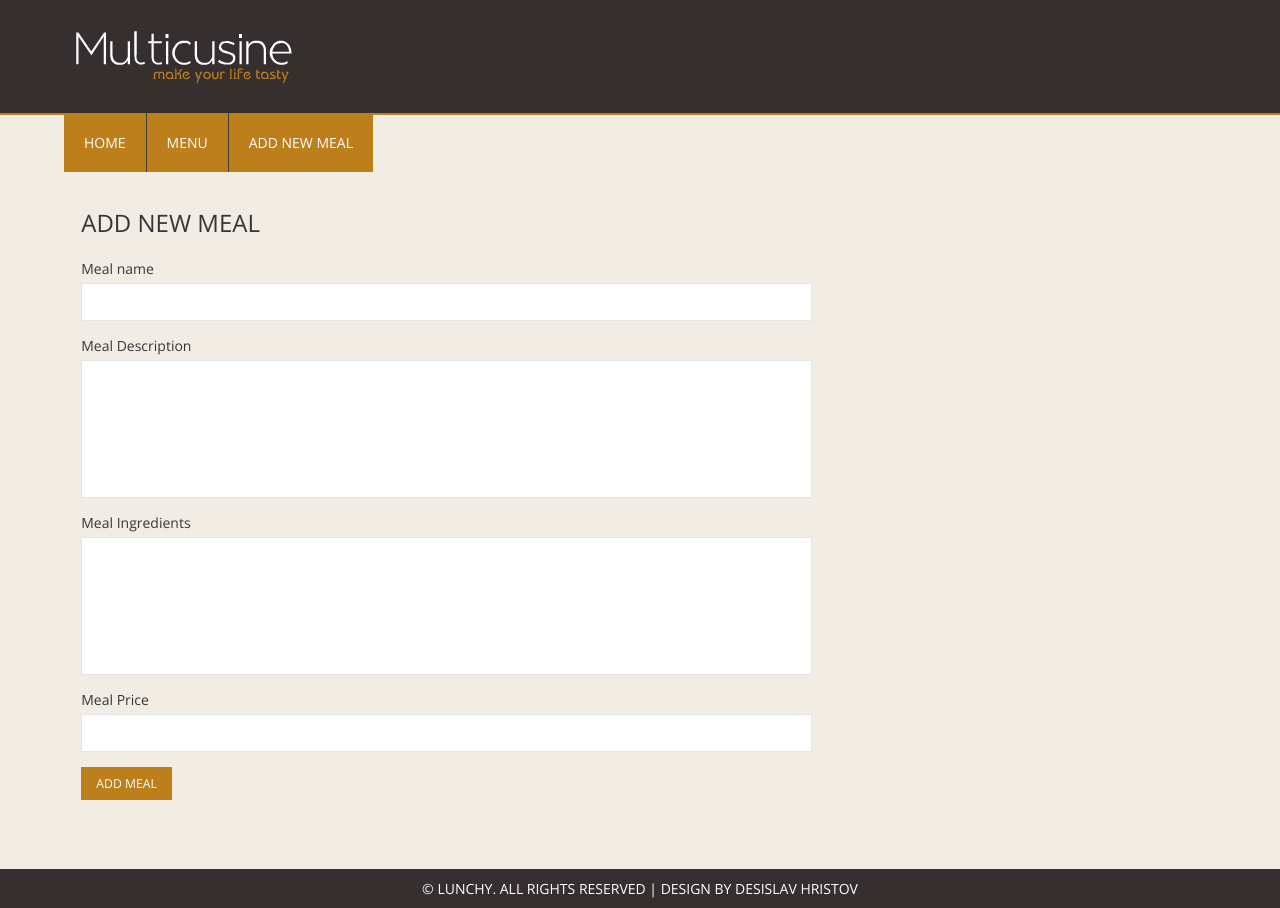
Repository: desso919/lunchy
Page: http://localhost/Lunchy/web/AddNewMealPage.jsp
These files come from the project's save history. The page is drawn as it stood at one moment and after the next save; the edit follows.
The browser window is 1280 px wide. The pictures show the whole page.
The page is served by Tomcat 9. Nobody is signed in. The application's start-up code is not run. Other server files are loaded and not shown.

Above is the page before, as saved 2018-01-13 22:15:37.

### Lunchy/WebContent/web/AddNewMealPage.jsp
<%@ page language="java" contentType="text/html; charset=ISO-8859-1"
	pageEncoding="ISO-8859-1"%>
<!DOCTYPE HTML>
<html>
<head>
<title>Lunchy</title>
<meta http-equiv="Content-Type" content="text/html; charset=utf-8" />
<meta name="viewport"
	content="width=device-width, initial-scale=1, maximum-scale=1">
<link href="css/style.css" rel="stylesheet" type="text/css" media="all" />
<link href='//fonts.googleapis.com/css?family=Open+Sans'
	rel='stylesheet' type='text/css'>
</head>
<body>
	<!----start-header----->
	<div class="header">
		<div class="wrap">
			<div class="top-header">
				<div class="logo">
					<a href="index.html"><img src="images/logo.png" title="logo" /></a>
				</div>
				<div class="clear"></div>
			</div>
			<!---start-top-nav---->
			<div class="top-nav">
				<div class="top-nav-left">
					<ul>
						<li class="active"><a href="index.html">Home</a></li>
						<li class="active"><a href="index.html">Menu</a></li>
						<li class="active"><a href="/web/AddNewMealPage.jsp">Add New Meal</a></li>
					</ul>
				</div>
			</div>
			<!---End-top-nav---->
		</div>
	</div>
	<!----End-header----->
	<!---start-contact---->
	<div class="contact">
		<div class="wrap">
			<div class="section group">

				<div class="col span_2_of_3">
					<div class="contact-form">
						<h3>Add New Meal</h3>
						<form>
							<div>
								<span><label>Meal name</label></span> <span><input
									name="mealName" type="text" class="textbox"></span>
							</div>
							<div>
								<span><label>Meal Description</label></span> <span><textarea
										name="description"> </textarea></span>
							</div>
							<div>
								<span><label>Meal Ingredients</label></span> <span><textarea
										name="ingredients"> </textarea></span>
							</div>
							<div>
								<span><label>Meal Price</label></span> <span><input
									name="price" type="text" class="textbox"></span>
							</div>

							<div>
								<span><input type="submit" class="mybutton"
									value="Add Meal"></span>
							</div>
						</form>

					</div>
				</div>
			</div>
		</div>
	</div>
	</div>
	<div class="copy-right">
		<div class="top-to-page">
			<a href="#top" class="scroll"> </a>
			<div class="clear"></div>
		</div>
		<p>© Lunchy. All Rights Reserved | Design by Desislav Hristov</p>
	</div>
	<!---End-footer---->
</body>
</html>

### Lunchy/WebContent/web/css/style.css
/* reset */
html,body,div,span,applet,object,iframe,h1,h2,h3,h4,h5,h6,p,blockquote,pre,a,abbr,acronym,address,big,cite,code,del,dfn,em,img,ins,kbd,q,s,samp,small,strike,strong,sub,sup,tt,var,b,u,i,dl,dt,dd,ol,nav ul,nav li,fieldset,form,label,legend,table,caption,tbody,tfoot,thead,tr,th,td,article,aside,canvas,details,embed,figure,figcaption,footer,header,hgroup,menu,nav,output,ruby,section,summary,time,mark,audio,video{margin:0;padding:0;border:0;font-size:100%;font:inherit;vertical-align:baseline;}
article, aside, details, figcaption, figure,footer, header, hgroup, menu, nav, section {display: block;}
ol,ul{list-style:none;margin:0px;padding:0px;}
blockquote,q{quotes:none;}
blockquote:before,blockquote:after,q:before,q:after{content:'';content:none;}
table{border-collapse:collapse;border-spacing:0;}
/* start editing from here */
a{text-decoration:none;}
.txt-rt{text-align:right;}/* text align right */
.txt-lt{text-align:left;}/* text align left */
.txt-center{text-align:center;}/* text align center */
.float-rt{float:right;}/* float right */
.float-lt{float:left;}/* float left */
.clear{clear:both;}/* clear float */
.pos-relative{position:relative;}/* Position Relative */
.pos-absolute{position:absolute;}/* Position Absolute */
.vertical-base{	vertical-align:baseline;}/* vertical align baseline */
.vertical-top{	vertical-align:top;}/* vertical align top */
nav.vertical ul li{	display:block;}/* vertical menu */
nav.horizontal ul li{	display: inline-block;}/* horizontal menu */
img{max-width:100%;}
/*end reset*/
body{
	background:#F1EDE4;
	font-family:Arial, Helvetica, sans-serif;
}
/*----start-wrap-----*/
.wrap{
	width:80%;
	margin:0 auto;
}
/*----start-header-----*/
.header{
	background:#352f2f;
	border-bottom:2px solid #bd7f1c;
}
.logo{
	float:left;
}
.social-icons{
	float:right;
	margin-top: 1.1%;
}
.social-icons ul li{
	display:inline-block;
}
.social-icons ul li a{
	color:#363638;
	font-family: 'Open Sans', sans-serif;
	font-size:0.875em;
	transition: 0.5s ease;
	-o-transition: 0.5s ease;
	-webkit-transition: 0.5s ease;
}
.social-icons ul li a:hover{
	color:#026660;
}
.social-icons ul li a img{
	vertical-align:middle;
	padding-right: 5px;
}
/*------start-top-nav------*/
.top-nav {
	background:#4a4444;
}
.top-nav-left{
	float:left;
}
.top-nav-right{
	float:right;
	padding: 7px 10px;
}
.top-nav-left ul li{
	display:inline-block;
	float:left;
	border-left:1px solid #3D3D3D;
}
.top-nav-left  ul li:nth-child(1){
	border:none;
}
.top-nav-left ul li a{
	padding:20px;
	display:block;
	color:#FFFFFF;
	font-family: 'Open Sans', sans-serif;
	text-transform: uppercase;
	font-size: 0.875em;
}
.top-nav-left li.active a, .top-nav-left li a:hover {
	background:#bd7f1c;
}
.top-header {
	padding: 20px 0;
}
.top-nav-right input[type="submit"]{
	background: url(../images/search-icon.png) no-repeat 42% 50% #bd7f1c;
	padding:14px 20px;
	border: none;
	display: block;
	float: left;
	margin:0;
	outline:none;
	cursor:pointer;
	transition: 0.5s ease;
	-o-transition: 0.5s ease;
	-webkit-transition: 0.5s ease;
}
.top-nav-right input[type="submit"]:hover{
	background: url(../images/search-icon.png) no-repeat 42% 50% #996004;
}
.top-nav-right input[type="text"]{
	border:none;
	float:left;
	padding:14px 5px;
	outline:none;
	display: block;
	margin:0;
	-webkit-apperance:none;
}
/*---start-content-----*/
.top-grid{
	width: 31.33%;
	float: left;
	text-align: center;
	margin-right: 3%;
	font-family: 'Open Sans', sans-serif;
	background:#EAE4D8;
	padding: 1.5em 0;
	border-top:5px solid #BD7F1C;
	margin-top: -4em;
	-webkit-box-shadow: 0px 56px 36px -60px #121D12;
	-moz-box-shadow: 0px 56px 36px -60px #121D12;
	-o-box-shadow: 0px 56px 36px -60px #121D12;
}
.top-grid h3{
	color: #363638;
	font-size:1.5em;
	text-transform:uppercase;
}
.top-grid p{
	font-family: Arial, Helvetica, sans-serif;
	font-size: 0.875em;
	color:#816943;
	line-height: 1.5em;
	margin: 0.5em auto 0.8em auto;
	width: 90%;
}
.top-grid img{
	display: inline-block;
}
.button{
	color: #FFF;
	font-size: 0.875em;
	text-transform: uppercase;
	padding:10px 15px;
	border:none;
	display: inline-block;
	background:#BD7F1C;
	margin-top:10px;
	-webkit-transition: all 0.3s ease-out;
	-moz-transition: all 0.3s ease-out;
	-ms-transition: all 0.3s ease-out;
	-o-transition: all 0.3s ease-out;
	transition: all 0.3s ease-out;
}
.button:hover{
	background:#363638;
	color:#FFF;
}
.top-grids {
	margin: 0 0 3em 0;
}
.last-topgrid{
	margin:0;
	margin-top: -4em;
}
/*----start---mid-grid-----*/
.mid-grid h1{
	font-size:2em;
	font-family: 'Open Sans', sans-serif;
	color:#363638;
	text-transform:uppercase;
}
.mid-grid h2{
	font-size:1em;
	font-family: 'Open Sans', sans-serif;
	color:#BD7F1C;
	margin: 0.5em 0;
}
.mid-grid p{
	font-size: 0.875em;
	font-family: 'Open Sans', sans-serif;
	color:#816943;
	width: 73%;
	margin: 0 auto;
	line-height: 1.8em;
	margin-bottom: 1em;
}
.mid-grid {
	text-align: center;
	font-family: 'Open Sans', sans-serif;
	margin: 4em 0 0em 0;
	background:#EAE4D8;
	padding: 3em 0;
}

.mid-grid.button{
	display:block;
}
.button1{
	color: #FFF;
	font-size: 0.875em;
	text-transform: uppercase;
	padding:10px 15px;
	border: 1px solid #EEE;
	margin-top:10px;
	display: inline-block;
	background:#BD7F1C;
	-webkit-transition: all 0.3s ease-out;
	-moz-transition: all 0.3s ease-out;
	-ms-transition: all 0.3s ease-out;
	-o-transition: all 0.3s ease-out;
	transition: all 0.3s ease-out;
}
.button1:hover{
	background:#363638;
	color:#FFF;
}
/*-----bottom-grids----*/
.bottom-grid1 {
	width: 30%;
	float:left;
	margin-right: 3%;
}
.bottom-last {
	margin-right:0;
}
.bottom-grids{
	font-family: 'Open Sans', sans-serif;
	padding: 2em 0 3em 0;
}
.bottom-grid1 h3,.bottom-grid2 h3{
	color:#aa8036;
	font-family: 'Open Sans', sans-serif;
	font-size:1.5em;
	padding: 15px 0px 15px 0px;
	border-bottom: 1px solid #E9E9E9;
	margin-bottom: 13px;
	text-transform: uppercase;
}
.bottom-grid1 span,.bottom-grid2 span{
	color: #BD7F1C;
	font-family: 'Open Sans', sans-serif;
	font-size: 16px;
}
.bottom-grid1 p,.bottom-grid2 p{
	font-size: 0.875em;
	color:#816943;
	line-height: 1.6em;
	font-family: Arial, Helvetica, sans-serif;
	padding: 8px 0px 10px 0px;
}
.bottom-grid1 ul li a{
	display:block;
	color: #816943;
	font-family: Arial, Helvetica, sans-serif;
	font-size:0.875em;
	padding:8px 0px 8px 10px;;
	background:url(../images/marker.png) no-repeat 0;
	transition: 0.5s ease;
	-o-transition: 0.5s ease;
	-webkit-transition: 0.5s ease;
}
.bottom-grid1 ul li a:hover{
	color:#BD7F1C;
}
.bottom-grid-fristlink{
	background: #026660;
	padding: 10px;
	color: #fff;
	font-family: 'Open Sans', sans-serif;
	font-weight: bold;
	transition: all 0.3s;
}
.bottom-grid-fristlink img{
	vertical-align:middle;
}
.bottom-grid-fristlink:hover{
	color:#000;
}
.bottom-grid2 ul li{
	display: inline-block;
	width:46%;
	padding:0px 5px;
}
.bottom-grid2 {
	float: left;
	width: 33%;
	margin-right: 3%;
}
.bottom-mid span{
	color:#BD7F1C;
}
.bottom-mid a{
	background:#BD7F1C;
}
.bottom-last a{
	background:#BD7F1C;
}
.bottom-last span{
	color:#BD7F1C;
}
.gallery li a img{
	display:block;
}
/*---footer----*/
.footer{
	background:#574d41;
	padding:20px 0px;
	margin-top: 30px;
}
.footer-grid{
	float:left;
	width: 24%;
	margin-right: 2%;
}
.footer-grid h3{
	font-family: 'Open Sans', sans-serif;
	color: #FFF;
	font-size:1.2em;
	text-transform: uppercase;
	padding: 10px 0 3px 0px;
}
.footer-grid p{
	font-size: 0.85em;
	padding:5px 0;
	color:#A3A3A3;
	line-height: 1.8em;
	font-family: Arial, Helvetica, sans-serif;
}
.footer-grid a{
	font-family: 'Open Sans', sans-serif;
	color: #BD7F1C;
	font-size: 0.875em;
	text-transform: uppercase;
	background:#FFF;
	padding: 10px 15px;
	display: inline-block;
	margin: 9px 0;
	-webkit-transition: all 0.3s ease-out;
	-moz-transition: all 0.3s ease-out;
	-ms-transition: all 0.3s ease-out;
	-o-transition: all 0.3s ease-out;
	transition: all 0.3s ease-out;
}
.footer-grid a:hover{
	background:#BD7F1C;
	color:#FFF;
}
.footer-grid ul li{
	display:block;
}
.center-grid a{
	background: none;
	padding: 0px;
	color:#C2C2C2;
	margin: 5px;
	border-bottom: 1px ridge rgba(192, 192, 192, 0.13);
	padding: 0px 0px 9px 0px;
}
.center-grid{
	width:20%;
}
.center-grid a:hover{
	background:none;
}
.center-grid ul{
	margin-top:5px;
}
.twitts p label{
	font-weight:bold;
	font-size:1em;
	cursor:pointer;
	padding-right:5px;
}
.twitts span{
	display:block;
	color:#BD7F1C;
	font-family: 'Open Sans', sans-serif;
	-webkit-transition: all 0.3s ease-out;
	-moz-transition: all 0.3s ease-out;
	-ms-transition: all 0.3s ease-out;
	-o-transition: all 0.3s ease-out;
	transition: all 0.3s ease-out;
	font-size:0.85em;
}
.twitts span:hover{
	color:#fff;
	cursor:pointer;
}
/*----copy-right-----*/
.copy-right{
	text-align:center;
	padding:10px 0px;
	background:#352F2F;
	position:relative;
}
.copy-right p{
	font-family: 'Open Sans', sans-serif;
	color: #FFF;
	font-size: 0.875em;
	text-transform: uppercase;
}
.copy-right p a{
	color:#BD7F1C;
	font-family: 'Open Sans', sans-serif;
	-webkit-transition: all 0.3s ease-out;
	-moz-transition: all 0.3s ease-out;
	-ms-transition: all 0.3s ease-out;
	-o-transition: all 0.3s ease-out;
	transition: all 0.3s ease-out;
}
.copy-right p a:hover{
	color:#fff;
}
/*---about-us----*/
.about-us {
	padding: 30px 0 50px 0;
}
.about-header h3{
	font-family: 'Open Sans', sans-serif;
	font-size: 1.5em;
	color: #363638;
	text-transform: uppercase;
}
.about-info a{
	text-transform: uppercase;
	font-size:1em;
	font-family: 'Open Sans', sans-serif;
	color:#BD7F1C;
	transition: 0.5s ease;
	-o-transition: 0.5s ease;
	-webkit-transition: 0.5s ease;
	padding: 1em 0 0.5em 0;
	display: block;
}
.about-info p{
	font-size: 0.85em;
	color: #816943;
	font-family: Arial, Helvetica, sans-serif;
	line-height: 1.8em;
}
/*-----specials-heading----*/
.specials-heading h5{
	float: left;
	width: 33%;
	height: 1px;
	background: #D1D1D1;
	margin: 24px 0px 0px 0px;
}
/*----special-grid------*/
.special-grid {
	float: left;
	width: 32%;
	margin-right: 2%;
	text-align: center;
}
.specials {
	margin-top: 2em;
}
.special-grid img{
	width:100%;
}
.special-grid a{
	text-transform: uppercase;
	font-size: 1.2em;
	font-family: 'Open Sans', sans-serif;
	color:#BD7F1C;
	transition: 0.5s ease;
	-o-transition: 0.5s ease;
	-webkit-transition: 0.5s ease;
	padding: 0.3em 0;
	display: block;
}
.special-grid p{
	font-size: 0.85em;
	color: #816943;
	font-family: Arial, Helvetica, sans-serif;
	padding: 0em 1em 1em 1em;
	line-height: 1.5em;
}
.spe-grid{
	margin: 0px;
}
.specials-grids {
	padding: 25px 0 60px 0;
}
/*-----specials-heading----*/
.specials-heading h3{
	font-family: 'Open Sans', sans-serif;
	font-size: 1.5em;
	color:#363638;
	text-transform: uppercase;
}
/*----start-testmonial-grid----*/
.testmonial-grid{
	text-align:center;
}
.testmonial-grid h3{
	font-family: 'Open Sans', sans-serif;
	font-size:1.8em;
	color: #363638;
	text-align: center;
	text-transform: uppercase;
	padding: 0em 0 0.5em 0;
}
.testmonial-grid p{
	font-size: 0.875em;
	color:#816943;
	font-family: Arial, Helvetica, sans-serif;
	padding: 0em 1em 1em 1em;
	line-height: 1.8em;
}
.testmonial-grid a{
	font-size: 1.2em;
	font-family: 'Open Sans', sans-serif;
	color:#BD7F1C;
}
.testmonials{
	background:#EAE4D8;
	padding: 30px 0;
}
/*---start-services----*/
.services {
	padding: 30px 0 0px 0;
}
.services-header h3{
	font-family: 'Open Sans', sans-serif;
	font-size: 1.5em;
	color: #363638;
	text-transform: uppercase;
}
.services-grid{
	width:25%;
	float:left;
}
.services-grid a{
	text-transform: uppercase;
	font-size: 1em;
	font-family: 'Open Sans', sans-serif;
	color:#BD7F1C;
	transition: 0.5s ease;
	-o-transition: 0.5s ease;
	-webkit-transition: 0.5s ease;
	padding: 1em 0 0.5em 0;
	display: block;
}
.services-grid p{
	font-size: 0.875em;
	color:#816943;
	font-family: Arial, Helvetica, sans-serif;
	line-height: 1.8em;
}
/*---start-gallery---*/
.gallerys {
	font-family: 'Open Sans', sans-serif;
}
.gallerys h3{
	font-family: 'Open Sans', sans-serif;
	font-size: 1.5em;
	color: #363638;
	text-transform: uppercase;
	padding:1em 0;
}
.gallery-grid{
	width: 31.44%;
	float:left;
}
.gallery-grid p {
	font-size: 0.875em;
	padding: 0.2em 0em 1.2em 0em;
	color: #6a6a6a;
	line-height: 1.8em;
	font-family: Arial, Helvetica, sans-serif;
}
.gallery-button a {
	color: #FFF;
	font-size: 0.85em;
	text-transform: uppercase;
	padding:8px 10px;
	border: 1px solid #EEE;
	display: inline-block;
	background:#BD7F1C;
}
.gallery-button a:hover {
	background: #363638;
	color: #FFF;
}
.grid2{
	margin: 0px 35px;
}
.gallery-grids {
	margin-bottom: 30px;
}
.gallery-grid a{
	display:inline-block;
	position:relative;
}
.gallery-grid a img{
	display:block;
	max-width:100%;
}
.gallery-grid a span {
	position:absolute;
	width: 100%;
	height: 100%;
	top: 0px;
	left: 0px;
	text-align: center;
	line-height:4em;
	color:#fff;
	font-family: 'Open Sans', sans-serif;
	text-shadow: 0px 1px 1px #000;
	font-size:3em;
	opacity: 0;
	filter: alpha(opacity=0); /* internet explorer */
	-ms-filter: "progid:DXImageTransform.Microsoft.Alpha(opacity=0)"; /*IE8*/
	background: rgba(64, 72, 109, 0.61);
	-moz-transition: opacity 0.3s linear;
	-o-transition: opacity 0.3s linear;
	-ms-transition: opacity 0.3s linear;
	transition: opacity 0.3s linear;
}
.gallery-grid a:hover span {
	opacity: 1;
	filter: alpha(opacity=99); /* internet explorer */
	-ms-filter: "progid:DXImageTransform.Microsoft.Alpha(opacity=99)"; /*IE8*/
}
.projects-bottom-paination ul li{
	display:inline-block;
}
.projects-bottom-paination{
	text-align: center;
	padding: 55px 0;
	font-family: 'Open Sans', sans-serif;
}
.projects-bottom-paination li a{
	font: 400 12px/1.2em Arial;
	color: #5a5a5a;
	padding: 11px 18px;
	background: #fff;
	text-decoration: none;
	text-shadow: none;
	border: 1px solid #e9e9e9;
	margin-top: 16px;
}
.projects-bottom-paination li.active a, .projects-bottom-paination li a:hover {
	background:#BD7F1C;
	color:#fff;
}
.gallery-grid h4{
	font-family: 'Open Sans', sans-serif;
	font-size: 18px;
	line-height: 22px;
	text-transform: uppercase;
	color: #363638;
	-webkit-transition: all 0.3s ease-out;
	-moz-transition: all 0.3s ease-out;
	-ms-transition: all 0.3s ease-out;
	-o-transition: all 0.3s ease-out;
	transition: all 0.3s ease-out;
	cursor: pointer;
	padding: 13px 0px 2px 0px;
}
.gallery-grid h4:hover{
	color:#BD7F1C;
}
/*---contect----*/
/*  Contact Form  ============================================================================= */
.section {
	clear: both;
	padding: 0px;
	margin: 0px;
}
.group:before,
.group:after {
    content:"";
    display:table;
}
.group:after {
    clear:both;
}
.group {
    zoom:1;
}
.col{
	display: block;
	float:left;
	margin: 1% 0 1% 1.6%;
}
.col:first-child{
	margin-left:0;
}
.span_2_of_3 {
	width: 63.1%;
	padding:1.5%;
}
.span_1_of_3 {
	width: 29.2%;
	padding:1.5%;
}
.span_2_of_3  h3,
.span_1_of_3  h3 {
	font-family: 'Open Sans', sans-serif;
	font-size: 1.5em;
	color: #363638;
	text-transform: uppercase;
	padding:5px 0;
	margin-bottom:10px;
}
.contact-form{
	position:relative;
	padding-bottom:30px;
}
.contact-form div{
	padding:5px 0;
}
.contact-form span{
	display:block;
	font-size: 0.875em;
	color: #363638;
	padding-bottom:5px;
	font-family: 'Open Sans', sans-serif;
}
.contact-form input[type="text"],.contact-form textarea{
		    padding:8px;
			display:block;
			width:98%;
			border: none;
			outline:none;
			color:#363638;
			font-size:1.2em;
			font-family:Arial, Helvetica, sans-serif;
			border: 1px solid rgba(192, 192, 192, 0.41);
			-webkit-appearance:none;
}
.contact-form input[type="text"]:focus,.contact-form textarea:focus{
	border:1px solid #F1DDBD;
}
.contact-form textarea{
		resize:none;
		height:120px;
}
.mybutton{
	color: #FFF;
	font-size: 0.875em;
	text-transform: uppercase;
	padding:8px 15px;
	border: 1px solid #EEE;
	display: inline-block;
	background:#BD7F1C;
	border:none;
	outline: none;
	cursor:pointer;
	font-family: 'Open Sans', sans-serif;
	-webkit-appearance:none;
}
.mybutton:hover{
	background:#222;
	color: #FFF;
}
.company_address{
}
.company_address p{
	font-size: 0.875em;
	color:#816943;
	line-height: 1.8em;
	font-family: Arial, Helvetica, sans-serif;
}
.company_address p span a{
	text-decoration:underline;
	color:#947037;
	cursor:pointer;
}
.company_address p span a:hover{
	text-decoration:none;
}
.map{
	margin-bottom:15px;
}

/***** Media Quries *****/
@media only screen and (max-width: 1024px) {
	.wrap{
		width:95%;
	}
}
/*  GO FULL WIDTH AT LESS THAN 800 PIXELS */

@media only screen and (max-width: 800px) {
	.wrap{
		width:95%;
	}
	.span_2_of_3 {
		width:94%;
		padding:3%;
	}
	.col{
		margin: 1% 0 1% 0%;
	}
	.span_1_of_3 {
		width:94%;
		padding:3%;
	}
}

/*  GO FULL WIDTH AT LESS THAN 640 PIXELS */

@media only screen and (max-width: 640px) and (min-width: 480px) {
	.wrap{
		width:95%;
	}
	.span_2_of_3 {
		width:94%;
		padding:3%;
	}
	.col{
		margin: 1% 0 1% 0%;
	}
	.span_1_of_3 {
		width:94%;
		padding:3%;
	}
   .contact-form input[type="text"],.contact-form textarea{
		width:97%;
	}
}
/*  GO FULL WIDTH AT LESS THAN 480 PIXELS */

@media only screen and (max-width: 480px) {
	.wrap{
		width:95%;
	}
	.span_2_of_3 {
		width:90%;
		padding:5%;
	}
	.col {
		margin:0%;
	}
	.span_1_of_3 {
		width:90%;
		padding:5%;
	}
	.contact-form input[type="text"],.contact-form textarea{
		width:92%;
	}
}
.contact-footer{
	border-top: 1px solid rgba(69, 69, 69, 0.13);
	padding: 25px 0px 0px 0px;
}
/*----responsive-design-----*/
@media only screen and (max-width: 1366px) and (min-width: 1280px) {
	.wrap{
		width:90%;
	}
}
@media only screen and (max-width: 1280px) and (min-width: 1024px) {
	.wrap{
		width:90%;
	}
}
@media only screen and (max-width: 1024px){
	.wrap{
		width:90%;
	}
	.bottom-grid2 ul li {
		width: 45.5%;
	}
	.bottom-grid2 ul li{
		padding:8px 5px;
	}
	.gallery-grid a span{
		line-height:3em;
	}
	.grid2 {
		margin: 0px 34px;
	}
	.gallery-grid {
		width: 30.7%;
	}
}
@media only screen and (max-width: 800px) {
	.wrap{
		width:95%;
	}
	.bottom-grid2 ul li{
		width:44.5%;
	}
	.gallery-grid {
		width: 30%;
   }
}
@media only screen and (max-width: 768px) {
.top-nav-right {
    float: right;
    padding: 7px 9px;
}
}
@media only screen and (max-width: 736px) {
.top-nav-left ul li a {
    padding: 17px;
	}
	}
	@media only screen and (max-width: 600px) {
	.top-nav-left ul li a {
    padding: 20px 6px;
}
}
@media only screen and (max-width: 640px) {
	.wrap{
		width:95%;
	}
	.top-nav-left ul li a{
		padding:20px 8px;
		font-size:0.8em;
	}
	.top-grid h3{
		font-size:1.2em;
	}
	.mid-grid p{
	   width:100%;
	}
	.mid-grid{
		padding:1em 0;
	}
	.bottom-grid1,.bottom-grid2{
		width:94%;
		padding:3%;
		margin-right:0;
	}
	.bottom-grids{
		padding:0;
	}
	.bottom-grid1 h3, .bottom-grid2 h3{
		padding:0;
	}
	.footer{
		margin-top:0;
		padding:0;
	}
	.footer-grid{
		width:94%;
		padding:3%;
		margin-right:0;
	}
	.services-grid{
		float:none;
		width:100%;
	}
    .gallery-grid{
       width:29%;
    }
}
@media only screen and (max-width: 480px) {
	.wrap{
		width:95%;
	}
	.top-nav-left ul li a{
		padding:15px 18px;
	}
	.top-grid{
		float:none;
		width:94%;
		padding:3%;
		margin-right:0;
		margin-top:15px;
	}
	.top-grids{
		margin:0;
	}
	.mid-grid{
		margin:1em 0 0 0;
	}
	.specials-grids{
		padding:5px 0;
	}
	.special-grid{
		float:none;
		width:94%;
		padding:3%;
		margin-right:0;
	}
	.gallery-grid{
		float:none;
		width:94%;
		padding:3%;
	}
	.grid2{
		margin:0;
	}
	.gallerys h3{
		padding:5px 0;
	}
	.gallery-grid a span{
		line-height:4em;
	}
	.gallery-grids{
		margin-bottom:0;
	}
	.projects-bottom-paination{
		padding:10px 0 20px 0;
	}
}
@media only screen and (max-width: 414px) {
.top-nav-left ul li a {
    padding: 15px 12px;
}
}
@media only screen and (max-width: 384px) {
.top-nav-left ul li a {
    padding: 15px 9px;
}
.logo img {
    max-width: 50%;
}
.logo {
    float: none;
    text-align: center;
}
.social-icons {
    float: none;
    text-align: center;
}
.mid-grid h1 {
    font-size: 1.5em;
}
@media only screen and (max-width: 320px) {
	.wrap{
		width:95%;
	}
	.social-icons ul li a img{
		padding-right:0;
	}
	.top-header{
		padding:10px 0;
	}
	.top-nav-left ul li a {
		padding: 15px 6.5px;
		font-size:0.7em;
   }
	.gallery-grid h4{
		padding:5px 0;
		font-size:1em;
	}
	.gallery-grid a span{
		line-height:3em;
	}
	.top-grid img {
    max-width: 17%;
}
.span_2_of_3 h3, .span_1_of_3 h3 {
    font-size: 1.3em;
}

}

After the next save:
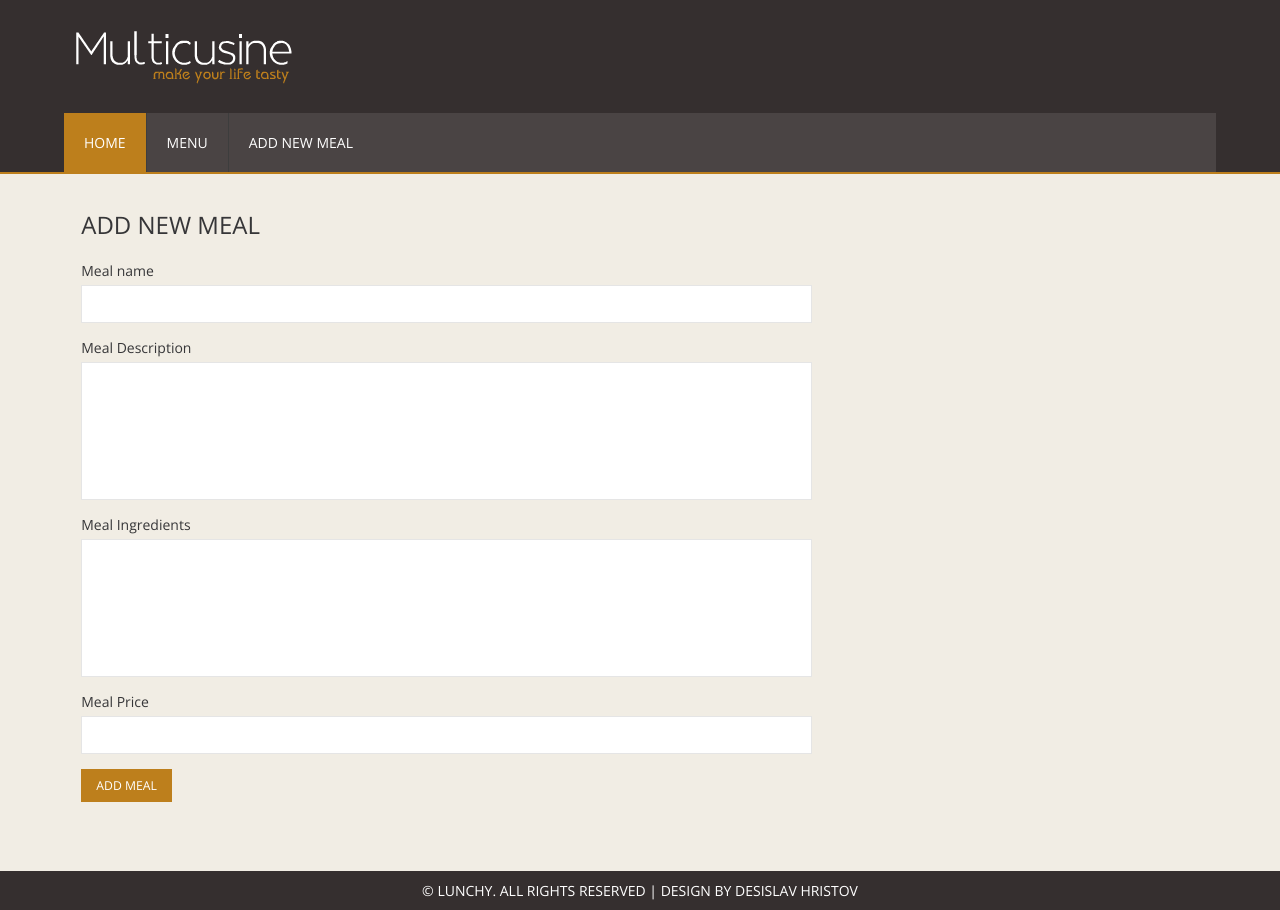
Saved 90 s later.
--- a/Lunchy/WebContent/web/AddNewMealPage.jsp
+++ b/Lunchy/WebContent/web/AddNewMealPage.jsp
@@ -26,10 +26,11 @@
 				<div class="top-nav-left">
 					<ul>
 						<li class="active"><a href="index.html">Home</a></li>
-						<li class="active"><a href="index.html">Menu</a></li>
-						<li class="active"><a href="/web/AddNewMealPage.jsp">Add New Meal</a></li>
+						<li><a href="gallery.html">Menu</a></li>
+						<li><a href="about.html">Add New Meal</a></li>
 					</ul>
 				</div>
+				<div class="clear"> </div>
 			</div>
 			<!---End-top-nav---->
 		</div>
